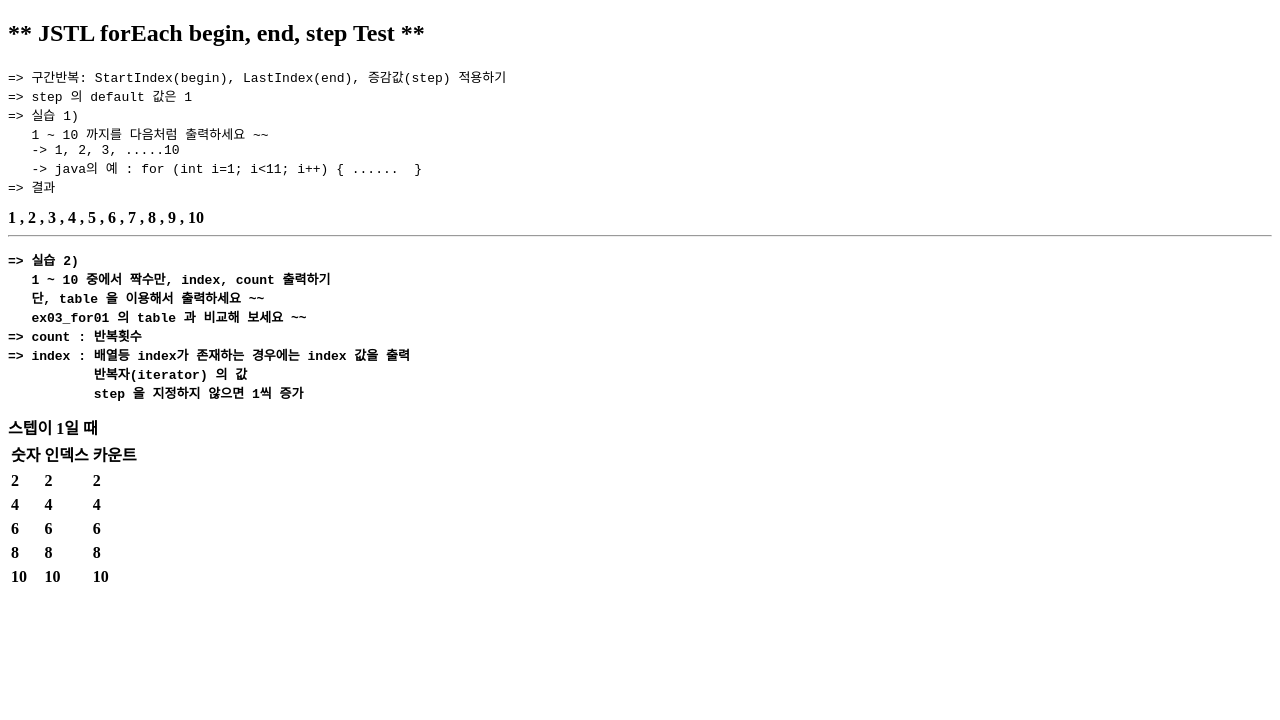
Repository: JYH94/JAVA
Page: http://localhost/web01/jsp03_jstl/ex03_for02.jsp
The author's editor kept a copy of each file at every save. The page is drawn from the files as they stood at one save, then again after the next save.
The browser window is 1280 px wide. The pictures show the whole page.
The page is served by Tomcat 9.

Above is the page before, as saved 2024-01-16 08:55:45.

After the next save:
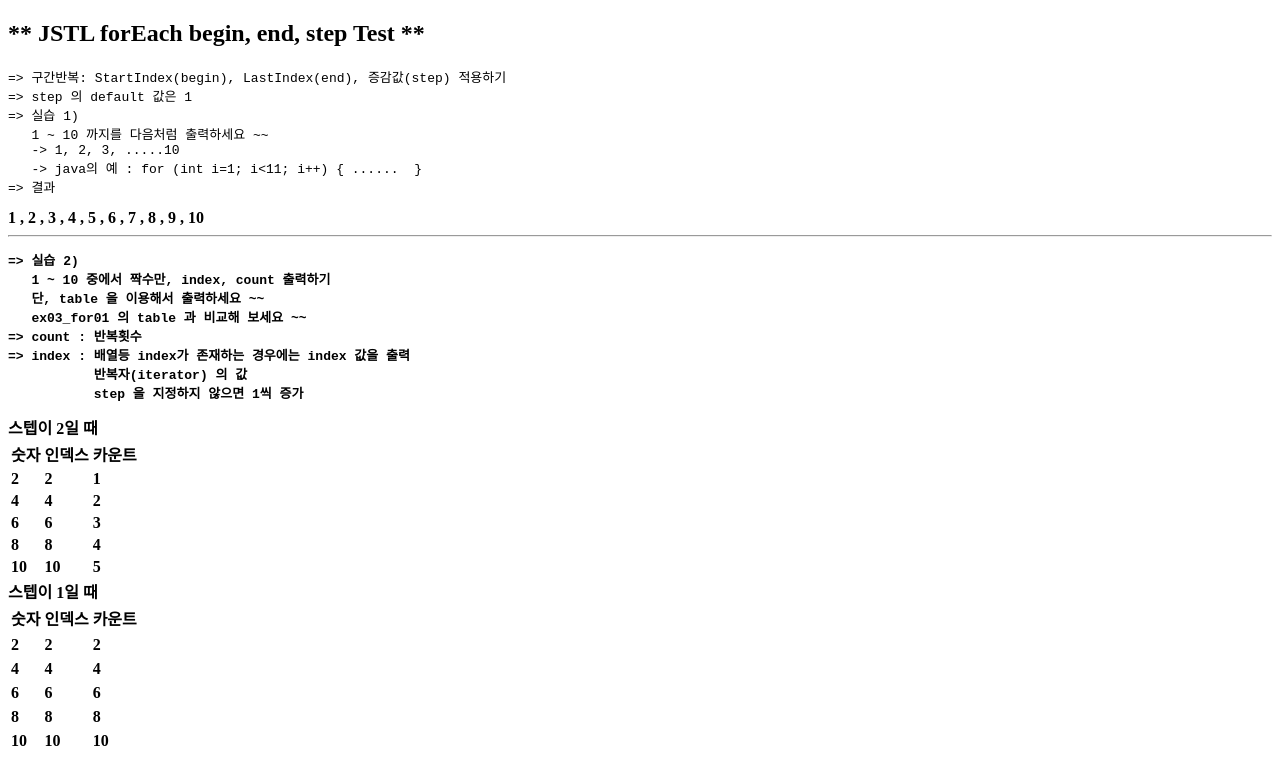
Saved 20 s later.
--- a/web01/src/main/webapp/jsp03_jstl/ex03_for02.jsp
+++ b/web01/src/main/webapp/jsp03_jstl/ex03_for02.jsp
@@ -36,7 +36,7 @@
            step 을 지정하지 않으면 1씩 증가
 </pre>
 
-<%-- 스텝이 2일 때
+스텝이 2일 때
 <table>
 <tr>
 	<th>숫자</th>
@@ -50,8 +50,7 @@
 		<td>${Q.count}</td>
 	</tr>
 </c:forEach>
-</table> --%>
-
+</table>
 스텝이 1일 때
 <table>
 <tr>
